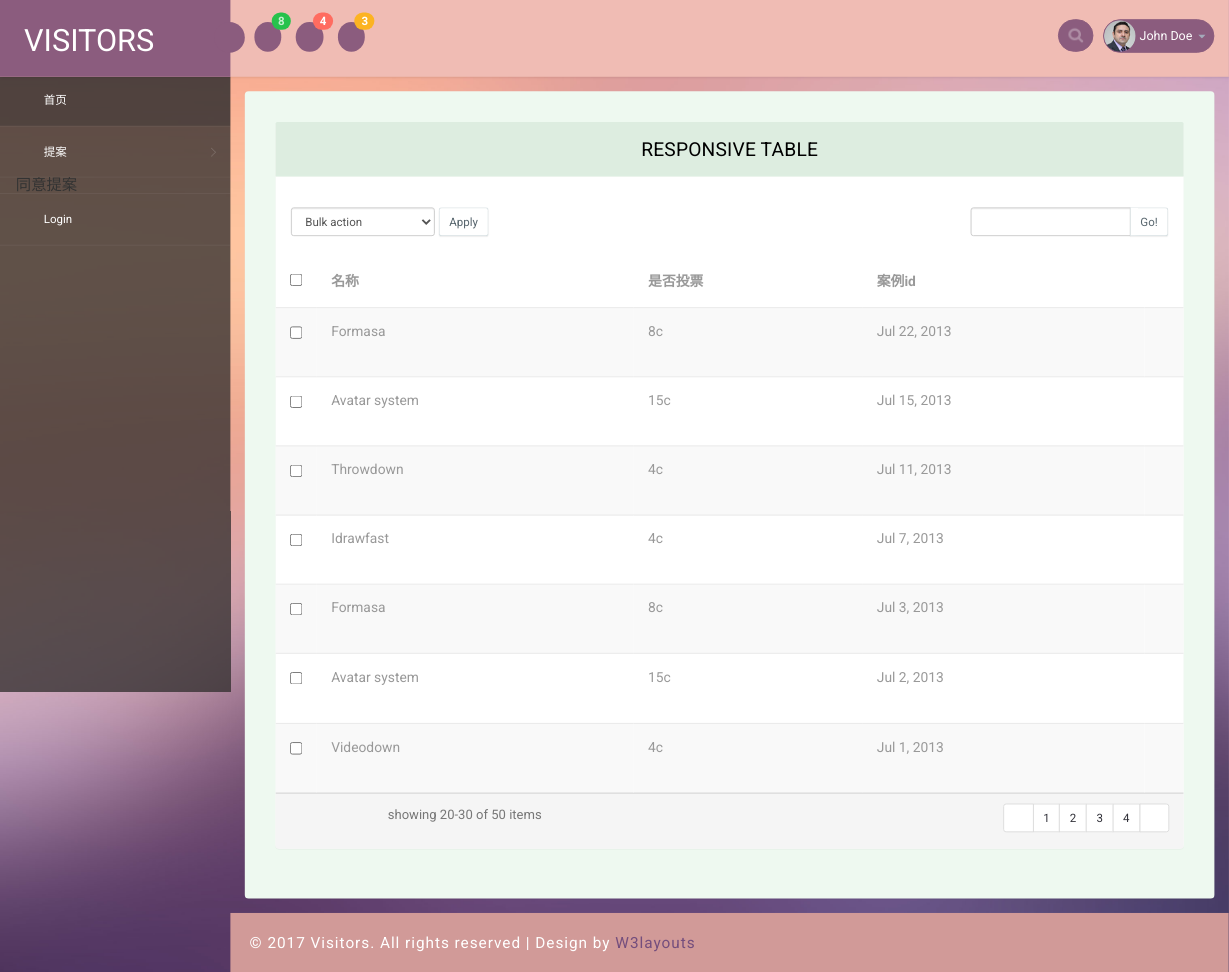
Repository: YU-YUEHAO/Lastwork
Page: DAPP/views/responsive_table.html
These files come from the project's save history. The page is drawn as it stood at one moment and after the next save; the edit follows.
The browser window is 1280 px wide. The pictures show the whole page, at 96% of full size.
Some web fonts or font styles are not loaded; a fallback is used.

Above is the page before, as saved 2021-12-01 15:48:08.

After the next save:
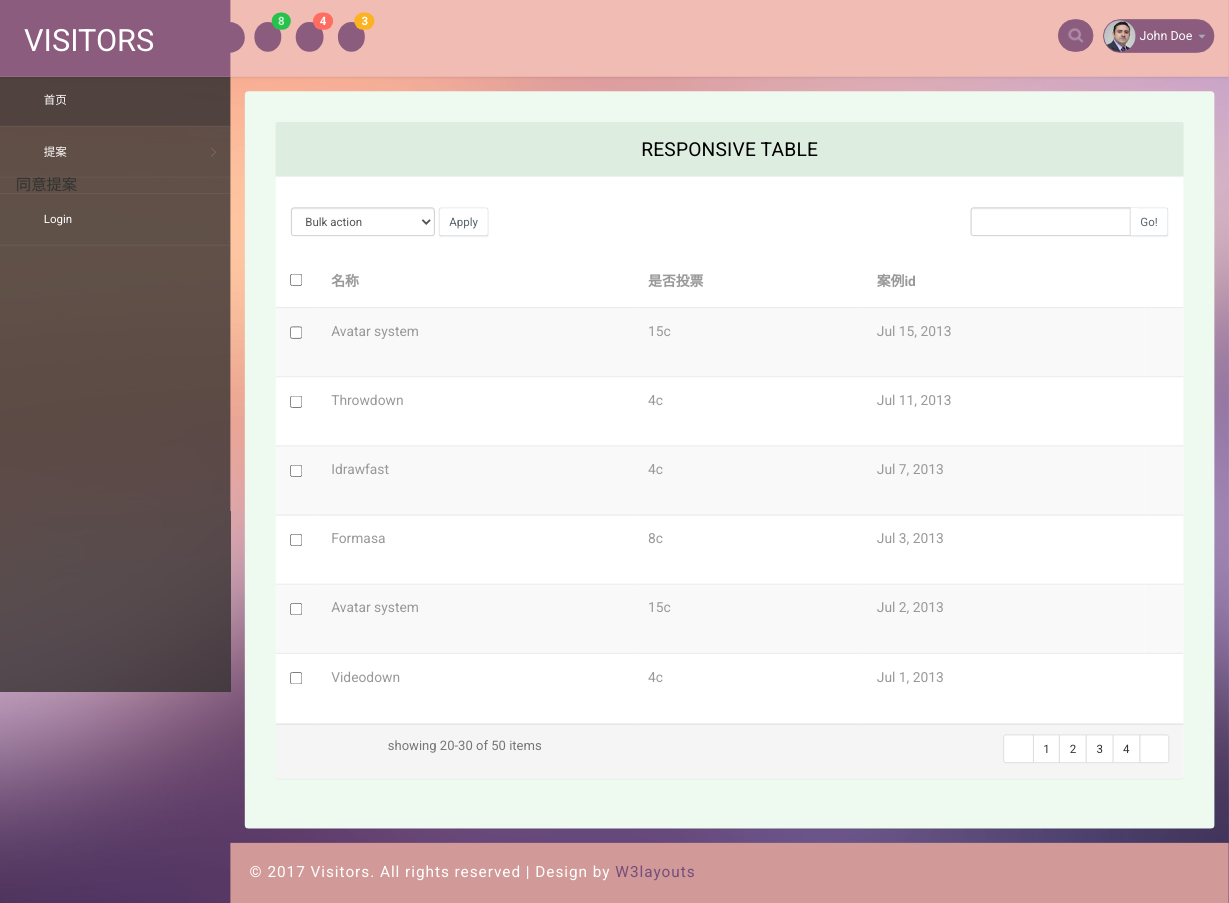
Saved 3 s later.
--- a/DAPP/views/responsive_table.html
+++ b/DAPP/views/responsive_table.html
@@ -337,15 +337,7 @@ Smartphone Compatible web template, free webdesigns for Nokia, Samsung, LG, Sony
         </thead>
         <tbody>
 
-          <tr>
-            <td><label class="i-checks m-b-none"><input type="checkbox" name="post[]"><i></i></label></td>
-            <td>Formasa</td>
-            <td>8c</td>
-            <td>Jul 22, 2013</td>
-            <td>
-              <a href="" ui-toggle-class=""><i class="fa fa-check text-success text-active"></i><i class="fa fa-times text-danger text"></i></a>
-            </td>
-          </tr>
+
           <tr>
             <td><label class="i-checks m-b-none"><input type="checkbox" name="post[]"><i></i></label></td>
             <td>Avatar system</td>
